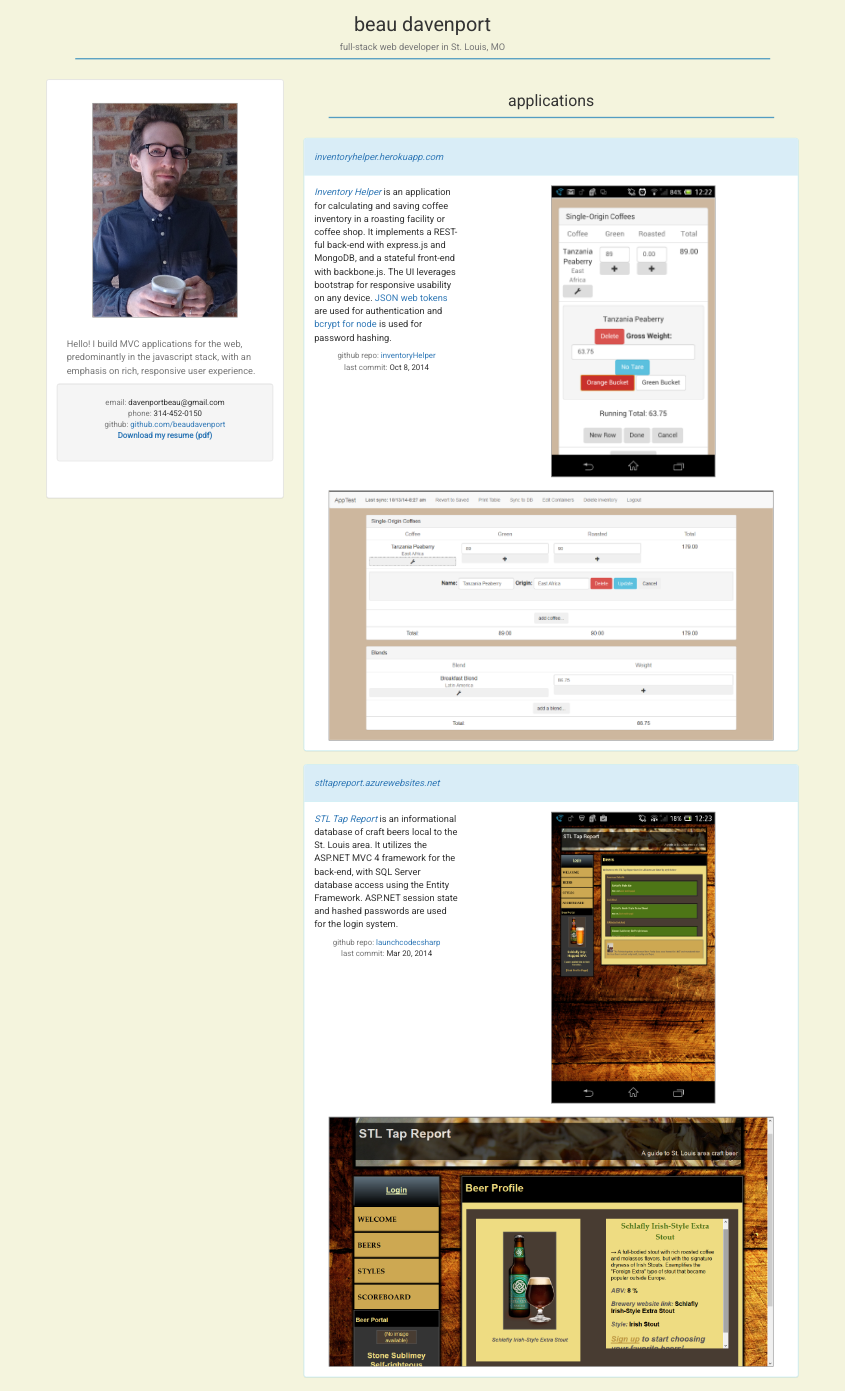
Repository: beaudavenport/old-jekyll-blog
Page: index.html
The author's editor kept a record of every edit. The page is drawn from the files as they stood at one moment, then again after the next edit.
The browser window is 1280 px wide. The pictures show the whole page, at 66% of full size.
Some web libraries are served in a nearby version.

Above is the page before.

After the next edit:
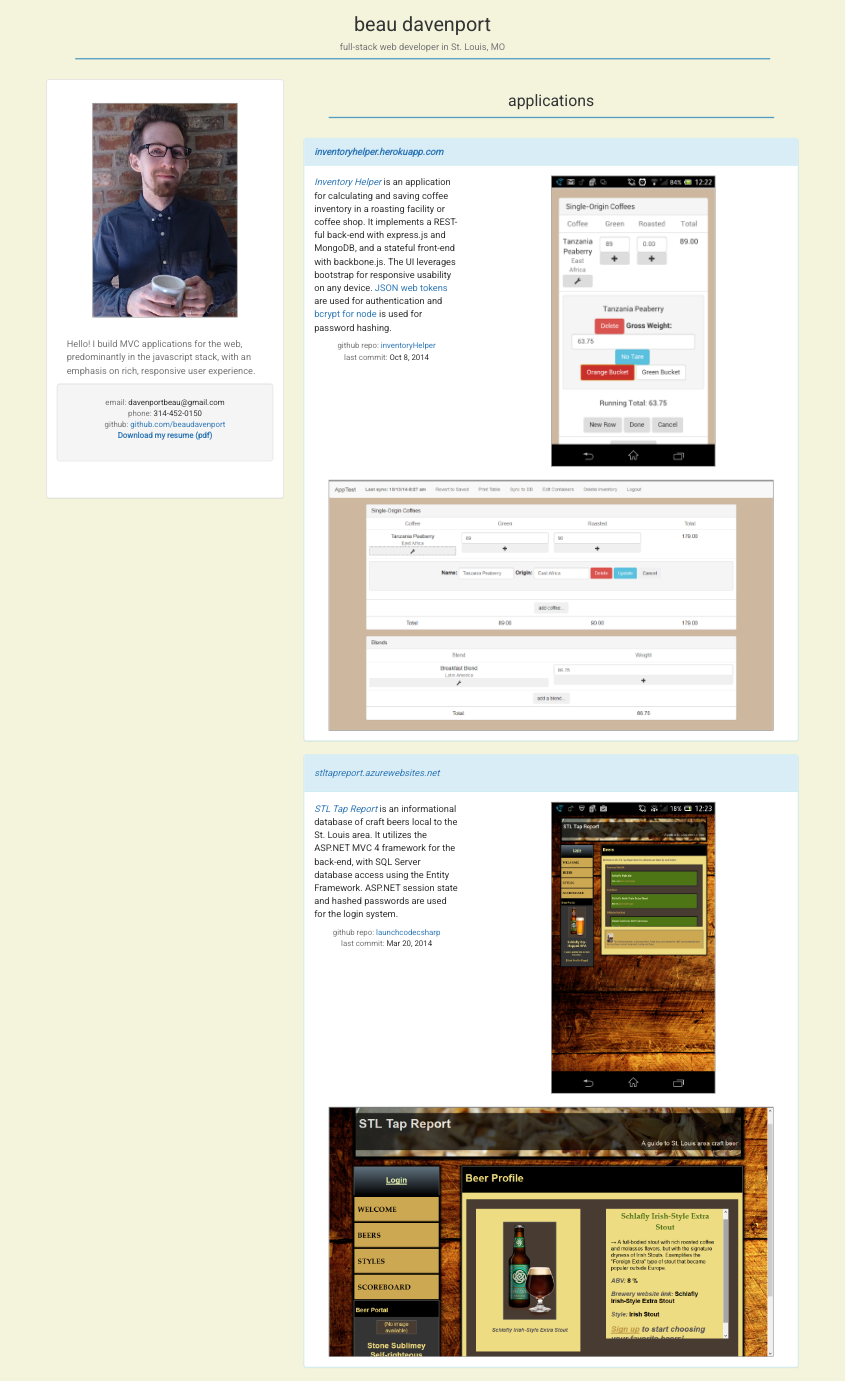
The edit:
--- a/index.html
+++ b/index.html
@@ -53,7 +53,7 @@
             <!-- inventory helper -->
             <div class="panel panel-info">
                 <div class="panel-heading">
-                    <a href="http://inventoryhelper.herokuapp.com"><em><h5>inventoryhelper.herokuapp.com</h5></em></a>
+                    <a href="http://inventoryhelper.herokuapp.com"><em><strong>inventoryhelper.herokuapp.com</strong></em></a>
                 </div>
 
                 <div class="panel-body">
